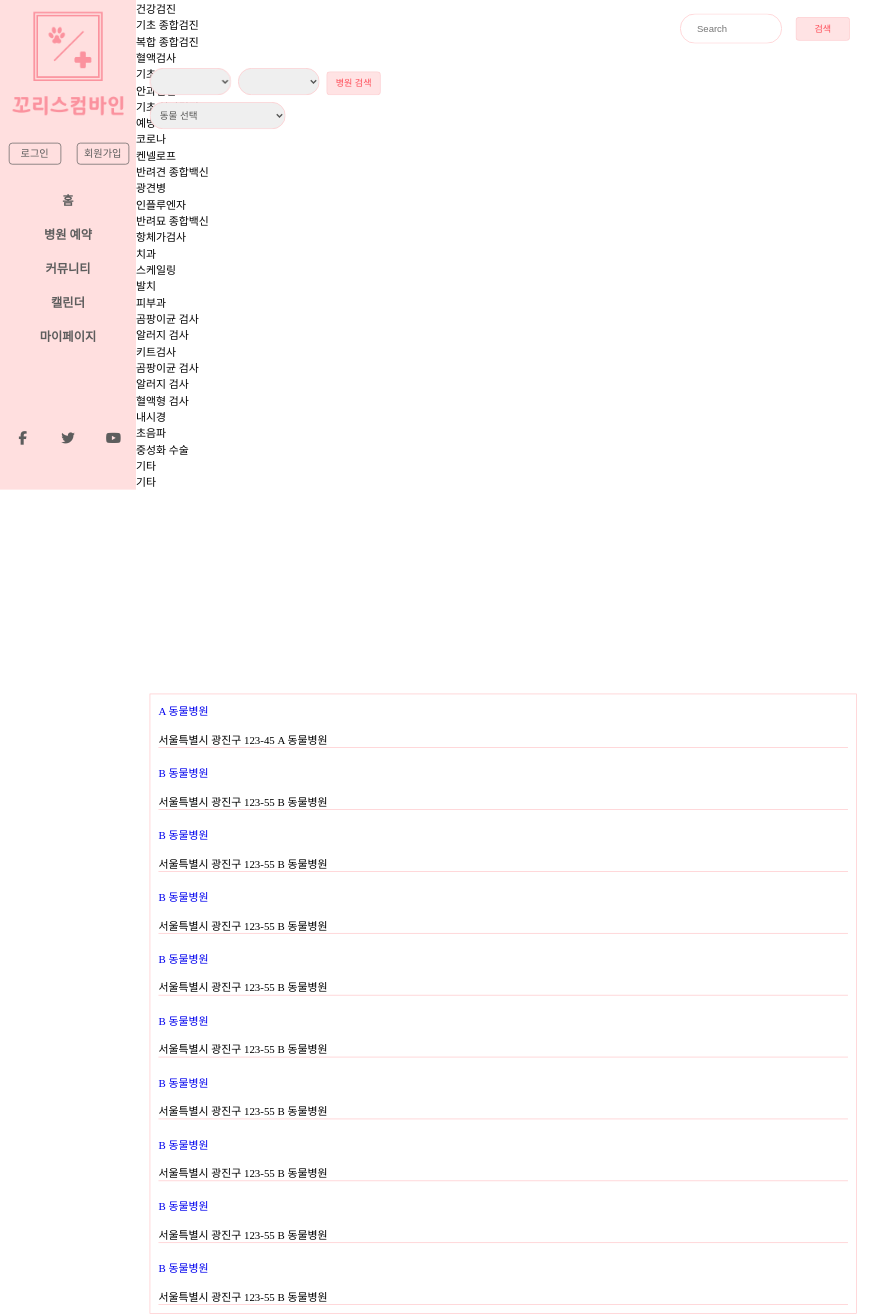
Repository: dodnam/kkoris
Page: http://localhost/1_kkoris/reservation1.jsp
These files come from the project's save history. The page is drawn as it stood at one moment and after the next save; the edit follows.
The browser window is 1280 px wide. The pictures show the whole page, at 68% of full size.
Some web libraries are served in a nearby version. The page is served by Tomcat 9.

Above is the page before, as saved 2020-02-17 01:58:13.
Console error: TypeError: Cannot read properties of undefined (reading 'options')

### 1_kkoris/WebContent/reservation1.jsp
<%@ page language="java" contentType="text/html; charset=UTF-8"
    pageEncoding="UTF-8"%>
<!DOCTYPE html>
<html>
<head>
<meta charset="UTF-8">
<title>Insert title here</title>
<link rel="stylesheet" type="text/css" href="<%= request.getContextPath() %>/css/index.css"/>
<style>
	.search_input{width: 150px; padding: 12px 24px; font-size: 14px; line-height: 18px; color: #575756; background-size: 18px 18px; border-radius: 50px; backface-visibility: hidden; border: 1px solid #ffc6c9;position: fixed; right:130px; top: 20px; outline:none;}
   .search_box1{line-height: 30px; text-align: center; background-color: #ffe3e4; color:#ff4e59;border: 1px solid #fcc6c9; border-radius: 5px; width: 80px; height: 35px;  position: fixed;right: 30px; top: 25px; outline:none;}
   	#city{width: 120px; padding: 10px; font-size: 14px; line-height: 18px; color: #575756;background-size: 18px 10px; border-radius: 50px; border: 1px solid #ffc6c9;position: fixed; top: 100px; left:220px; outline:none;}
   	#gugun{width: 120px; padding: 10px; font-size: 14px; line-height: 18px; color: #575756;background-size: 18px 10px; border-radius: 50px; border: 1px solid #ffc6c9;position: fixed; top: 100px; left: 350px; outline:none;}
   	.search_box2{line-height: 30px; text-align: center; background-color: #ffe3e4; color:#ff4e59;border: 1px solid #fcc6c9; border-radius: 5px; width: 80px; height: 35px;  position: fixed;left: 480px; top: 105px; outline:none;}
   	.search_animal{width: 200px; padding: 10px; font-size: 14px; line-height: 18px; color: #575756;background-size: 18px 10px; border-radius: 50px; border: 1px solid #ffc6c9;position: fixed; top: 150px; left:220px; outline:none;}
   	.medical_departments{width: 200px; padding: 10px; font-size: 14px; line-height: 18px; color: #575756;background-size: 18px 10px; border-radius: 50px; border: 1px solid #ffc6c9;position: fixed; top: 200px; left:220px; outline:none;}
   	.hospital_list{border:1px solid #ffc6c9; overflow: auto; left:220px; right: 20px; bottom:50px;margin-top:300px; margin-left:20px; margin-right:20px;}
   	.hospital_list>ul>li{padding:12px;}
   	.hospital_list>ul>li::after{content: ''; display:block; border-bottom: 1px solid #ffc6c9; width:100%;}
</style>
	<script type="text/javascript">

		   // 지역 선택

		   var f_selbox = ["서울특별시","인천광역시","대전광역시","광주광역시","대구광역시","울산광역시","부산광역시","경기도","강원도","충청북도","충청남도","전라북도","전라남도","경상북도","경상남도","제주도"];
		   var s_selbox = new Array();
		   s_selbox[0] = ["강남구","강동구","강북구","강서구","관악구","광진구","구로구","금천구","노원구","도봉구","동대문구","동작구","마포구","서대문구","서초구","성동구","성북구","송파구","양천구","영등포구","용산구","은평구","종로구","중구","중랑구"];
		   s_selbox[1] = ["계양구","남구","남동구","동구","부평구","서구","연수구","중구","강화군","옹진군"];
		   s_selbox[2] = ["대덕구","동구","서구","유성구","중구"];
		   s_selbox[3] = ["광산구","남구","동구",     "북구","서구"];
		   s_selbox[4] = ["남구","달서구","동구","북구","서구","수성구","중구","달성군"];
		   s_selbox[5] = ["남구","동구","북구","중구","울주군"];
		   s_selbox[6] = ["강서구","금정구","남구","동구","동래구","부산진구","북구","사상구","사하구","서구","수영구","연제구","영도구","중구","해운대구","기장군"];
		   s_selbox[7] = ["고양시","과천시","광명시","광주시","구리시","군포시","김포시","남양주시","동두천시","부천시","성남시","수원시","시흥시","안산시","안성시","안양시","양주시","오산시","용인시","의왕시","의정부시","이천시","파주시","평택시","포천시","하남시","화성시","가평군","양평군","여주군","연천군"];
		   s_selbox[8] = ["강릉시","동해시","삼척시","속초시","원주시","춘천시","태백시","고성군","양구군","양양군","영월군","인제군","정선군","철원군","평창군","홍천군","화천군","횡성군"];
		   s_selbox[9]= ["제천시","청주시","충주시","괴산군","단양군","보은군","영동군","옥천군","음성군","증평군","진천군","청원군"];
		   s_selbox[10] = ["계룡시","공주시","논산시","보령시","서산시","아산시","천안시","금산군","당진군","부여군","서천군","연기군","예산군","청양군","태안군","홍성군"];
		   s_selbox[11] = ["군산시","김제시","남원시","익산시","전주시","정읍시","고창군","무주군","부안군","순창군","완주군","임실군","장수군","진안군"];
		   s_selbox[12] = ["광양시","나주시","목포시","순천시","여수시","강진군","고흥군","곡성군","구례군","담양군","무안군","보성군","신안군","영광군","영암군","완도군","장성군","장흥군","진도군","함평군","해남군","화순군"];
		   s_selbox[13] = ["경산시","경주시","구미시","김천시","문경시","상주시","안동시","영주시","영천시","포항시","고령군","군위군","봉화군","성주군","영덕군","영양군","예천군","울릉군","울진군","의성군","청도군","청송군","칠곡군"];
		   s_selbox[14] = ["거제시","김해시","마산시","밀양시","사천시","양산시","진주시","진해시","창원시","통영시","거창군","고성군","남해군","산청군","의령군","창녕군","하동군","함안군","함양군","합천군"];
		   s_selbox[15] = ["서귀포시","제주시","남제주군","북제주군"];

 		function init(f){
 			var f_sel = f.first;
 			var s_sel = f.second;

 			f_sel.options[0] = new Option(":: 시/도 ::", "");
 			s_sel.options[0] = new Option(":: 구/군 ::", "");

 			for(var i = 0; i < f_selbox.length; i++){
 				f_sel.options[i+1] = new Option(f_selbox[i], f_selbox[i]);
 			}
 		}
 		function initChange(f){
 			var f_sel = f.first;
 			var s_sel = f.second;

 			var sel = f_sel.selectedIndex;
 			for(var i = s_sel.length; i >= 0; i--){
 				s_sel.options[i] = null;
 			}

 			s_sel.options[0] = new Option(":: 시/도 ::", "");

 			if(sel != 0){
 				for(var i = 0; i < s_selbox[sel-1].length; i++){
 					s_sel.options[i+1] = new Option(s_selbox[sel-1][i], s_selbox[sel-1][i]);
 				}
 			}
 		}

 		// 진료 과목 선택
 		var f_medi = ["건강검진","혈액검사","안과검진","예방접종","치과","피부과","키트검사","내시경","초음파","중성화 수술","기타"];
 		var s_medi = new Array();
 		s_medi[0] = ["기초 종합검진","복합 종합검진"];
 		s_medi[1] = ["기초 혈액검사"];
 		s_medi[2] = ["기초 안과검진"];
 		s_medi[3] = ["코로나","켄넬로프","반려견 종합백신","광견병","인플루엔자","반려묘 종합백신","항체가검사"];
 		s_medi[4] = ["스케일링","발치"];
 		s_medi[5] = ["곰팡이균 검사","알러지 검사"];
 		s_medi[6] = ["심장사상충 검사"];
 		s_medi[7] = ["위 내시경"];
 		s_medi[8] = ["초음파"];
 		s_medi[9] = ["수컷","암컷","잠복고환"];
 		s_medi[10] = ["기타"];

 		</script>

</head>
<body onload = "init(this.form);">
	<%@ include file="views/layout.jsp" %>

	<div class="container">
		<div>
			<input class="search_input" type="search" placeholder="Search">
			<button class="search_box1">검색</button>
		</div>
		<form name="form">
			<select id="city" onchange="initChange(this.form);"></select>
			<select id="gugun"></select>
		</form>
		<div >
			<button class="search_box2">병원 검색</button>
		</div>
		<div>
			<select class="search_animal">
				<option>동물 선택</option>
				<option>동물 선택</option>
				<option>동물 선택</option>
			</select>
		</div>
		<div>
			<ul>
				<li>건강검진
					<ul>
						<li>기초 종합검진</li>
						<li>복합 종합검진</li>
					</ul>
				</li>
				<li>혈액검사
					<ul>
						<li>기초 혈액검사</li>
					</ul>
				</li>
				<li>안과검진
					<ul>
						<li>기초 안과검진</li>
					</ul>
				</li>
				<li>예방접종
					<ul>
						<li>코로나</li>
						<li>켄넬로프</li>
						<li>반려견 종합백신</li>
						<li>광견병</li>
						<li>인플루엔자</li>
						<li>반려묘 종합백신</li>
						<li>항체가검사</li>
					</ul>
				</li>
				<li>치과
					<ul>
						<li>스케일링</li>
						<li>발치</li>
					</ul>
				</li>
				<li>피부과
					<ul>
						<li>곰팡이균 검사</li>
						<li>알러지 검사</li>
					</ul>
				</li>
				<li>키트검사
					<ul>
						<li>곰팡이균 검사</li>
						<li>알러지 검사</li>
						<li>혈액형 검사</li>
					</ul>
				</li>
				<li>내시경
					<ul>
						<li></li>
					</ul>
				</li>
				<li>초음파
					<ul>
						<li></li>
					</ul>
				</li>
				<li>중성화 수술
					<ul>
						<li></li>
					</ul>
				</li>
				<li>기타
					<ul>
						<li>기타</li>
					</ul>
				</li>
			</ul>
		</div>
		<div class="hospital_list">
			<ul>
				<li>
					<a href="#">
						A 동물병원
					</a><br><br>
					서울특별시 광진구 123-45 A 동물병원
				</li>
				<li>
					<a href="#">
						B 동물병원
					</a><br><br>
					서울특별시 광진구 123-55 B 동물병원<br>
				</li>
				<li>
					<a href="#">
						B 동물병원
					</a><br><br>
					서울특별시 광진구 123-55 B 동물병원<br>
				</li>
				<li>
					<a href="#">
						B 동물병원
					</a><br><br>
					서울특별시 광진구 123-55 B 동물병원<br>
				</li>
				<li>
					<a href="#">
						B 동물병원
					</a><br><br>
					서울특별시 광진구 123-55 B 동물병원<br>
				</li>
				<li>
					<a href="#">
						B 동물병원
					</a><br><br>
					서울특별시 광진구 123-55 B 동물병원<br>
				</li>
				<li>
					<a href="#">
						B 동물병원
					</a><br><br>
					서울특별시 광진구 123-55 B 동물병원<br>
				</li>
				<li>
					<a href="#">
						B 동물병원
					</a><br><br>
					서울특별시 광진구 123-55 B 동물병원<br>
				</li>
				<li>
					<a href="#">
						B 동물병원
					</a><br><br>
					서울특별시 광진구 123-55 B 동물병원<br>
				</li>
				<li>
					<a href="#">
						B 동물병원
					</a><br><br>
					서울특별시 광진구 123-55 B 동물병원<br>
				</li>
			</ul>
		</div>

	</div>
</body>
</html>

### 1_kkoris/WebContent/views/layout.jsp
<%@ page language="java" contentType="text/html; charset=UTF-8"
    pageEncoding="UTF-8"%>
<!DOCTYPE html>
<html>
<head>
<meta charset="UTF-8">
<title>Insert title here</title>
<link href="https://fonts.googleapis.com/css?family=Noto+Sans+KR&display=swap" rel="stylesheet">
<script src="https://kit.fontawesome.com/18fd811fa1.js" crossorigin="anonymous"></script> <!-- sns아이콘 -->
<link rel="stylesheet" type="text/css" href="<%= request.getContextPath() %>/css/layout.css"/> <!-- 작성할 css를 연결 -->
</head>
<body>
	<header><!-- 헤더 -->
		<h1 class="logo"></h1>
		<nav>
      		<div class="login">
	        	<div><a href="#">로그인</a></div>
	        	<div><a href="#">회원가입</a></div>
	      	</div>
	      	<ul id="navigator">
	        	<li id="nav-home">
	         		<a href="#"><span>홈</span></a>
	         	</li>
	         	<li id="nav-hospital">
	         		<span>병원 예약</span>
         			<ul class="nav2-hospital" id="nav2-hospital">
         				<li><a href="#">병원 검색</a></li>
	         			<li><a href="#">예약 확인</a></li>
	         			<li><a href="#">병원 후기</a></li>
         			</ul>
	         	</li>
	         	<li id="nav-community">
	         		<span>커뮤니티</span>
         			<ul class="nav2-community" id="nav2-community">
	         			<li><a href="#">공지사항</a></li>
	         			<li><a href="#">후기 모아보기</a></li>
	         			<li><a href="#">지식 공유</a></li>
         			</ul>
	         	</li>
	         	<li id="nav-calendar">
	         		<a href="#"><span>캘린더</span></a>
	         	</li>
	         	<li id="nav-mypage">
	         		<span>마이페이지</span>
	         		<ul class="nav2-mypage" id="nav2-mypage">
		         		<li><a href="#">내 정보</a></li>
		         		<li><a href="#">예약 조회</a></li>
		         		<li><a href="#">포인트샵</a></li>
		         		<li><a href="#">내가 쓴 글 조회</a></li>
	         		</ul>
	         	</li>
	      	</ul>
		<dl>
	    	<dt class="blind">sns</dt>
	        <dd><a href="#"><i class="fab fa-facebook-f"></i></a></dd>
	        <dd><a href="#"><i class="fab fa-twitter"></i></a></dd>
	        <dd><a href="#"><i class="fab fa-youtube"></i></a></dd>
		</dl>
		</nav>
	</header>
	<footer></footer>
</body>
</html>

### 1_kkoris/WebContent/css/index.css
@charset "UTF-8";
/* 컨테이너 */
div.container{position: absolute; top:0; left:0; padding-left:200px; height:100%; width:100%; box-sizing:border-box;}
/* 섹션이 현재 1개이기 때문에 100% 2개면 200%, 3개면 300% */
/* 참고	section:nth-of-type(1) {section 중 첫번째 section에 접근} */
section.main {position:relative; height:100%; width:100%; background: url(../images/main-bg.jpg) no-repeat center center; background-size: contain;}
section.main > article.quickMenu > ul {position: absolute; top:calc(50% - 50px); left:calc(50% - 25%); width: 50%; height: 100px; display: flex;}
section.main > article.quickMenu {position: relative; width: 100%; height: 100%; background: rgba(0, 0, 0, 0.2);}
section.main > article.quickMenu > ul > li {width: 25%; height:100px;}
section.main > article.quickMenu > ul > li > a {color: #5d5d5d; display:block; font-size: 5em; text-align:center;}
section.main > article.quickMenu > ul > li > a > span {display: block; font-size: 15px;}
section.main > article.quickMenu > ul > li > a:hover {color: #fb929e;}

### 1_kkoris/WebContent/css/layout.css
@charset "UTF-8";
* {margin: 0; padding: 0;}
html, body {width: 100%;height: 100%}
table{border-collapse: collapse;}
img,fieldset{border: none;}
address,caption,cite,code,em,strong,th{font-style: normal;font-weight: normal;}
ol,ul{list-style: none;}
capthion,th{text-align: left;}
h1,h2,h3,h4,h5,h6{font-weight: normal;font-size: 100%;}
q:after,q:before{content: "";}
abbr,acronym{border:none;} /* 축약어 */
img,input,select{vertical-align: middle;}
hr{display: none;}
html,body{width: 100%;height: 100%}
a {text-decoration: none;}
header {position: fixed; width: 200px; height: 100%; background: #ffdfdf; z-index: 30;}
.blind{position: absolute;left: 0;top: 0;width: 0;height: 0;font-size: 0;line-height: 0;text-indent: -9999px;overflow: hidden;visibility: hidden;}
.displaynone{display: none;}

h1.logo {
	text-indent: -9999px; overflow: hidden; width: 180px; height: 180px;
	margin: 10px auto; /* auto는 중앙에 놓음 */
	background: url(../images/logo.png) no-repeat; background-size: contain; /*contain = h1 사이즈에 맞춤*/
}

.login {display: flex; justify-content:space-around; font-size: 15px;}
				/*블락요소로 가로 정렬 함*/
.login > div {width: 75px; height: 30px;} /* 위 아래 마진, 좌 우 마진*/
.login > div > a {display: block; width: 100%; height: 100%; line-height: 30px; text-align: center; border: 1px solid #5d5d5d; border-radius: 5px;}
.login > div > a:hover {color: #fb929e; border: none; background: #fff6f6; font-weight: 600}

/* 메뉴바 */
nav {margin-top: 20px;}
nav * {color: #5d5d5d;}
nav > ul {margin-top: 30px; text-align: center;}
nav > ul > li {width: 100%;}
nav > ul > li:hover {background: #fff6f6;}
nav > ul > li span {display:block; width: 100%; height: 100%; line-height: 50px; font-size: 18px; font-weight: 600; border-radius: 10px; cursor: pointer;}
nav > ul > li span:hover {color: #fb929e;}

nav > ul > li > ul[class^=nav2] {display: none;}
nav > ul > li > ul[class^=nav2] > li > a {display: block; line-height: 40px; font-size: 16px;}
nav > ul > li > ul[class^=nav2] > li > a:hover {color: #fb929e; font-weight: 600;}

nav > ul > li:hover > ul[class^=nav2] {display: block;}

/* sns */
nav > dl {position:absolute; bottom:50px; width:100%; height:50px; display:flex; justify-content:space-around;}
nav > dl > dd {width:50px; text-align:center;}
nav > dl > dd > a {display: block; width: 100%; height:100%; font-size:20px; line-height:50px; transition:all 0.2s ease 0s;}
nav > dl > dd > a:hover {font-size:25px;}

After the next save:
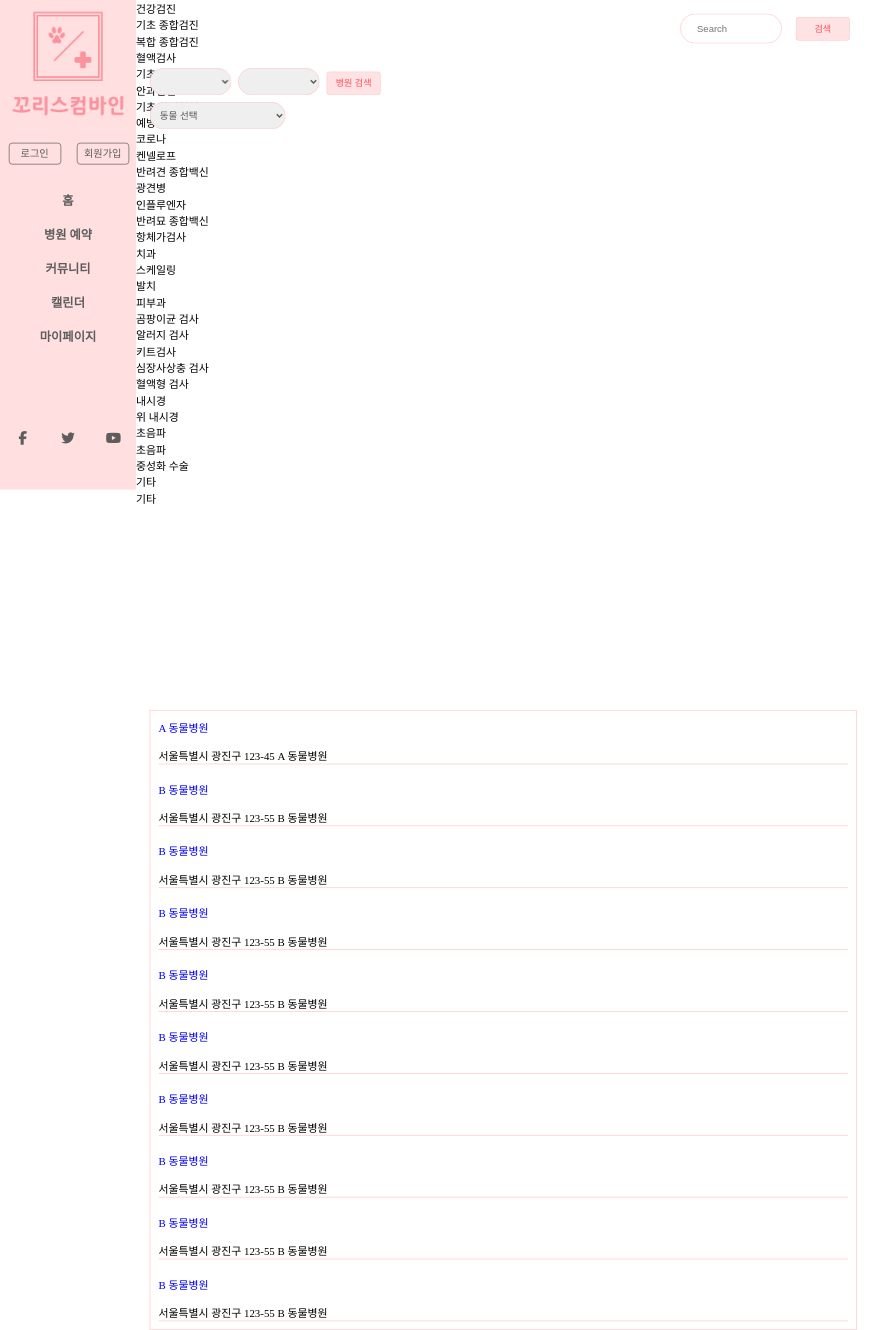
Saved 72 s later.
--- a/1_kkoris/WebContent/reservation1.jsp
+++ b/1_kkoris/WebContent/reservation1.jsp
@@ -153,19 +153,18 @@
 				</li>
 				<li>키트검사
 					<ul>
-						<li>곰팡이균 검사</li>
-						<li>알러지 검사</li>
+						<li>심장사상충 검사</li>
 						<li>혈액형 검사</li>
 					</ul>
 				</li>
 				<li>내시경
 					<ul>
-						<li></li>
+						<li>위 내시경</li>
 					</ul>
 				</li>
 				<li>초음파
 					<ul>
-						<li></li>
+						<li>초음파</li>
 					</ul>
 				</li>
 				<li>중성화 수술
